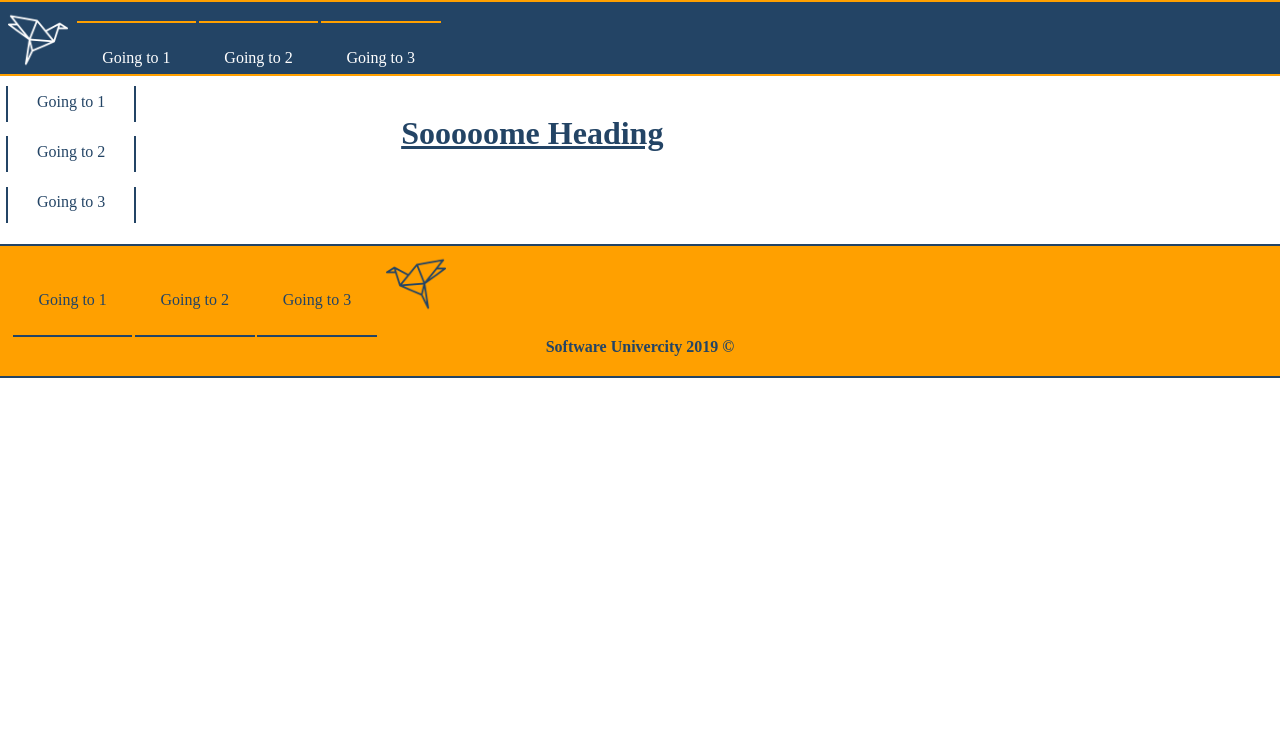
Repository: vsterev/origami
Page: /
The author's editor kept a copy of each file at every save. The page is drawn from the files as they stood at one save, then again after the next save.
The browser window is 1280 px wide. The pictures show the whole page.
The project was rebuilt for these pictures with package versions that can differ from the ones it lists, and the page was loaded fresh each time.

Above is the page before, as saved 2020-07-12 15:32:23.

### public/index.html
<!DOCTYPE html>
<html lang="en">
  <head>
    <meta charset="utf-8" />
    <link rel="icon" href="%PUBLIC_URL%/favicon.ico" />
    <meta name="viewport" content="width=device-width, initial-scale=1" />
    <meta name="theme-color" content="#000000" />
    <meta
      name="description"
      content="Web site created using create-react-app"
    />
    <link rel="apple-touch-icon" href="%PUBLIC_URL%/logo192.png" />
    <!--
      manifest.json provides metadata used when your web app is installed on a
      user's mobile device or desktop. See https://developers.google.com/web/fundamentals/web-app-manifest/
    -->
    <!--
      Notice the use of %PUBLIC_URL% in the tags above.
      It will be replaced with the URL of the `public` folder during the build.
      Only files inside the `public` folder can be referenced from the HTML.

      Unlike "/favicon.ico" or "favicon.ico", "%PUBLIC_URL%/favicon.ico" will
      work correctly both with client-side routing and a non-root public URL.
      Learn how to configure a non-root public URL by running `npm run build`.
    -->
    <title>Origami workshop</title>
  </head>
  <body>
    <noscript>You need to enable JavaScript to run this app.</noscript>
    <div id="root"></div>
    <!--
      This HTML file is a template.
      If you open it directly in the browser, you will see an empty page.

      You can add webfonts, meta tags, or analytics to this file.
      The build step will place the bundled scripts into the <body> tag.

      To begin the development, run `npm start` or `yarn start`.
      To create a production bundle, use `npm run build` or `yarn build`.
    -->
  </body>
</html>

### src/index.css

@import url('https://fonts.googleapis.com/css?family=Indie+Flower&display=swap');
* {
    margin: 0;
    padding: 0;
    font-family: 'Indie- Flower', cursive;
}

### src/App.js
import React from 'react';
import './App.css';
import Header from './components/header'
import Main from './components/main'
import Footer from './components/footer'
function App() {
  return (
    <div className="App">
      <Header />
      <Main />
      <Footer />
    </div>
  );
}

export default App;

### src/App.css
.App {
  max-width: 100%;
  margin: 0 auto;
}

.Container {
  margin-top: 8.5%;
  padding: 0.5%;
  /* border: 1px solid purple; */
  margin-bottom: 0.1%;
}

### src/components/header/index.js
import React from 'react'
import './styles.css'
import Link from '../link'
import logo from '../../images/white-origami-bird.png'

export default function Header() {
    return (
        <nav className="Navigation">
            <ul>
                <Link to="/"><img id="logo" src={logo} alt="logo" /></Link>
                <Link to="/home">Going to 1</Link>
                <Link to="/">Going to 2</Link>
                <Link to="/new">Going to 3</Link>
            </ul>
        </nav>
    )
}

### src/components/main/index.js
import React from 'react'
import './styles.css'
import Menu from '../menu'
const Main = () => {
    return (
        <div className="Container">
            <Menu />
            <main className="Main">
            <h1>Sooooome Heading</h1>

            </main>
        </div>
    )
}
export default Main

### src/components/footer/index.js
import React from 'react'
import './styles.css'
import Link from '../link'
import logo from '../../images/blue-origami-bird-flipped.png'

const Footer = () => {
    return (
        <footer className="Footer">
            <ul>
                <Link to="/home">Going to 1</Link>
                <Link to="/">Going to 2</Link>
                <Link to="/new">Going to 3</Link>
                <Link to="/"><img id="logo" src={logo} alt="logo" /></Link>
            </ul>
            <p>Software Univercity 2019 &#169;</p>
        </footer>
    )
}
export default Footer

### src/components/header/styles.css
.Navigation {
    width: 100%;
    height: 10vh;
    background-color: #234465;
    color: white;
    position: fixed;
    top: 0;
    border-bottom: 2px solid #ffa000;
    border-top: 2px solid #ffa000;
}
#logo {
    width: 60px;
}

### src/components/link/index.js
import React from 'react'
import './styles.css'
function Link({ children, to }) {
    return (
        <li className="listItem">
            <a href={to}>{children}</a>
        </li>
    )
}
export default Link;

### src/components/main/styles.css
.Main {
    display: inline-block;
    width: 83%;
    height: auto;
    /* border:1px solid blue; */
    margin-bottom: 5%;
}

h1 {
    text-align: center;
    color: #234465;
    text-decoration: underline;
    margin-bottom: 2%;
}

### src/components/menu/index.js
import React from 'react'
import './style.css'
import Link from '../link'
const Menu = () => {
    return (
        <aside className="Aside">
            <ul>
                <Link to="/home">Going to 1</Link>
                <Link to="/">Going to 2</Link>
                <Link to="/new">Going to 3</Link>
            </ul>
        </aside>
    )

}
export default Menu

### src/components/footer/styles.css
.Footer {
    width: 100%;
    height: 18vh;
    background-color: #ffa000;
    color: #234465;
    border-top: 2px solid #234465;
    border-bottom: 2px solid #234465;
    margin-bottom: 1%;
}

.Footer p {
    text-align: center;
    font-weight: bold;;
}

### src/components/link/styles.css
nav .listItem a {
    color: white;
    text-decoration: none;
}

footer .listItem a {
    color: #234465;
    text-decoration: none;
}

nav .listItem, footer .listItem {
    display: inline-block;
    height: auto;
    margin-right: 2%;
    cursor: pointer;
    padding: 0.5%;
    margin: 0.1%;
    vertical-align: top;
}

footer .listItem:nth-child(1) {
    margin-left: 1%;
}

nav .listItem:not(:first-child) {
    padding: 2%;
    margin-top: 1.5%;
    border-top: 2px solid #ffa000;
}

footer .listItem:not(:last-child) {
    padding: 2%;
    margin-top: 1.5%;
    border-bottom: 2px solid #234465;
}

nav .listItem:hover {
    border-top: none;
    border-bottom: 2px solid #ffa000;
    font-weight: bold;
}

footer .listItem:hover {
    border-bottom: none;
    border-top: 2px solid #234465;
    font-weight: bold;
}

aside .listItem {
    display: block;
    width: 98%;
    border-left: 2px solid #234465;
    border-right: 2px solid #234465;
    margin-bottom: 11%;
    height: 5vh;
    text-align: center;
}

aside .listItem a {
    color: #234465;
    text-align: center;
    text-decoration: none;
    padding-top: 5%;
    height: 60%;
    display: block;
}

aside .listItem:hover {
    border-left: none;
    border-right: none;
    font-weight: bold;
    border-top: 2px solid #234465;
    border-bottom: 2px solid #234465;
    color: #ffa000;
}

### src/components/menu/style.css
.Aside {
    position: absolute;
    top: 12vh;
    display: inline-block;
    width: 10%;
    margin-right: 1%;
    height: 89.5vh;
    /* border:1px solid red; */
    vertical-align: top;
}

Loaded but not shown: src/index.js (common file)

After the next save:
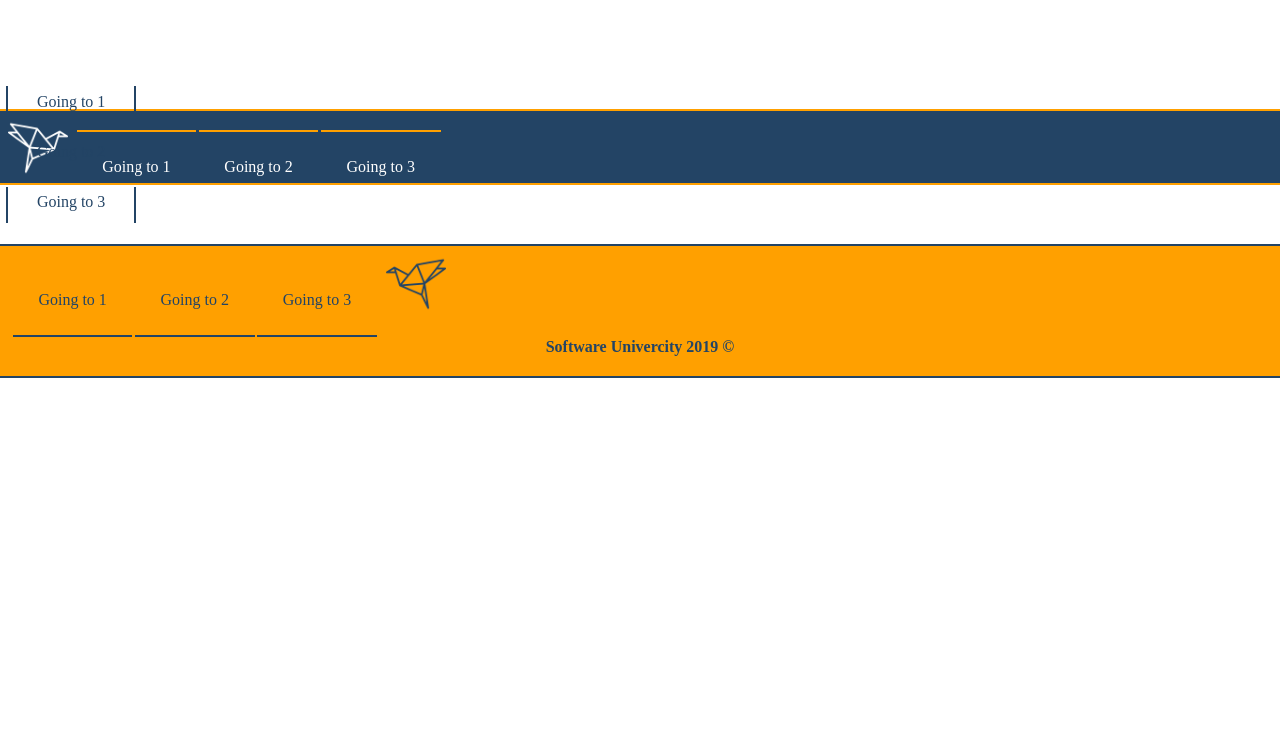
Saved 9 min 21 s later.
--- a/src/components/header/styles.css
+++ b/src/components/header/styles.css
@@ -4,7 +4,7 @@
     background-color: #234465;
     color: white;
     position: fixed;
-    top: 0;
+    top: 10;
     border-bottom: 2px solid #ffa000;
     border-top: 2px solid #ffa000;
 }

After the save that followed:
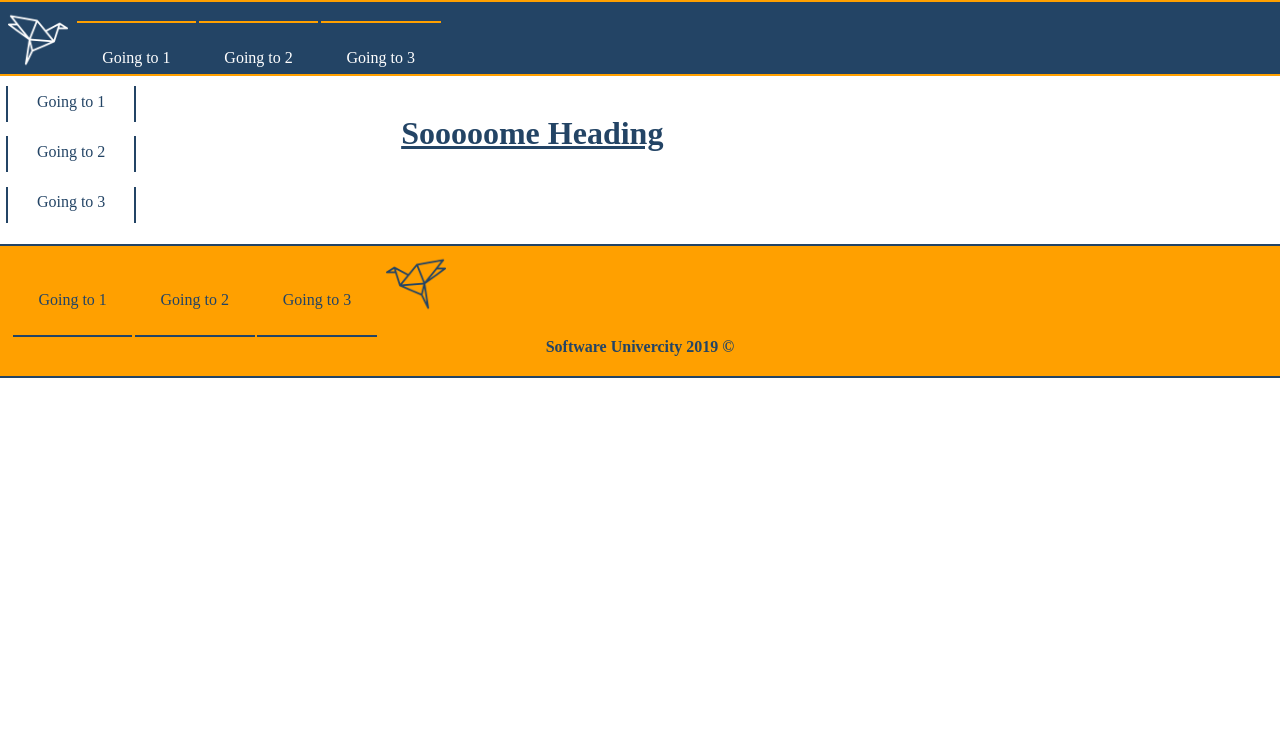
Saved 13 s later.
--- a/src/components/header/styles.css
+++ b/src/components/header/styles.css
@@ -4,7 +4,7 @@
     background-color: #234465;
     color: white;
     position: fixed;
-    top: 10;
+    top: 0;
     border-bottom: 2px solid #ffa000;
     border-top: 2px solid #ffa000;
 }
